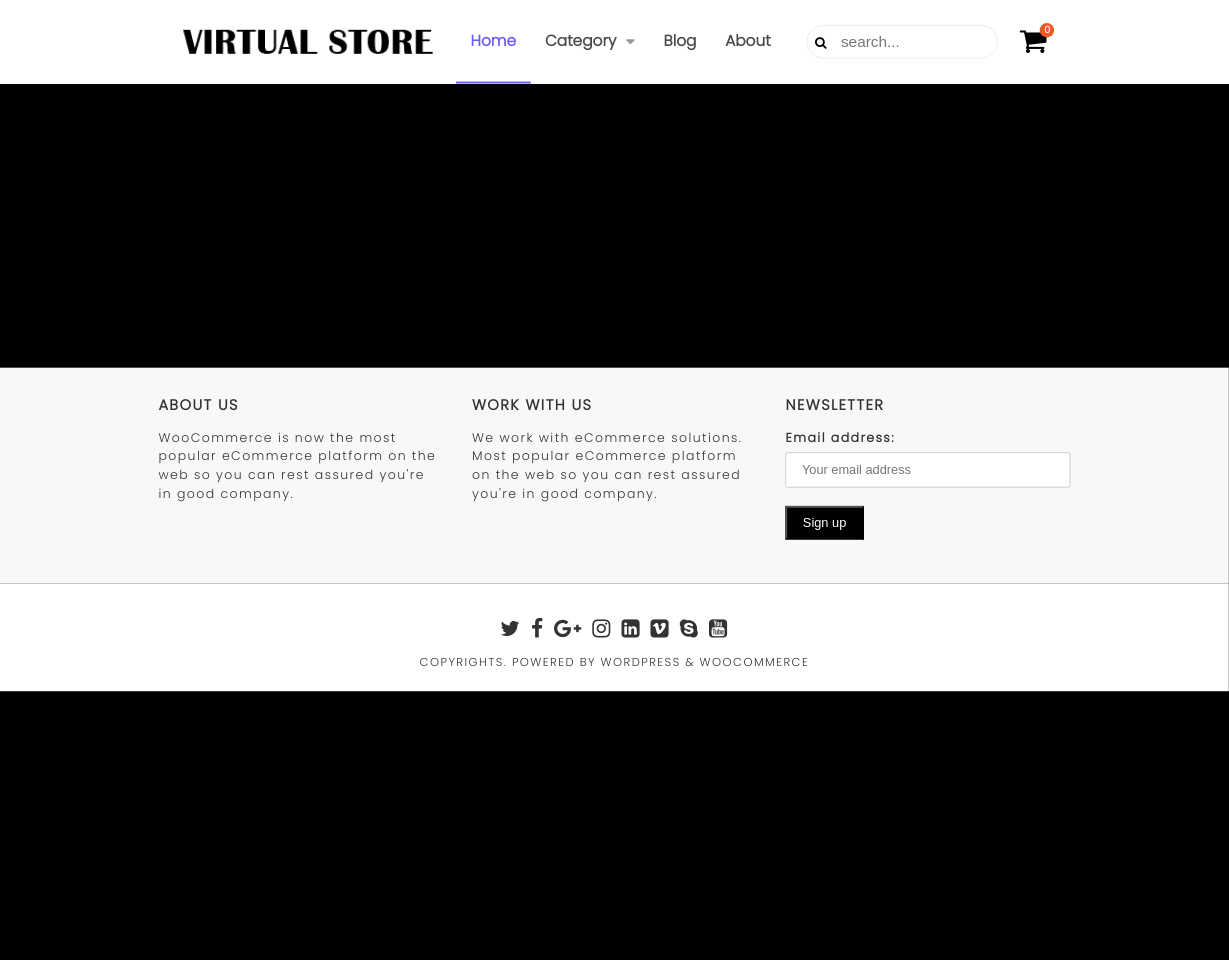
Repository: dungle03/tke_web_nhom_15
Page: About/index.html
The author's editor kept a copy of each file at every save. The page is drawn from the files as they stood at one save, then again after the next save.
The browser window is 1280 px wide. The pictures show the whole page, at 96% of full size.

Above is the page before, as saved 2022-09-14 00:51:57.
Not found: About/resest.css

After the next save:
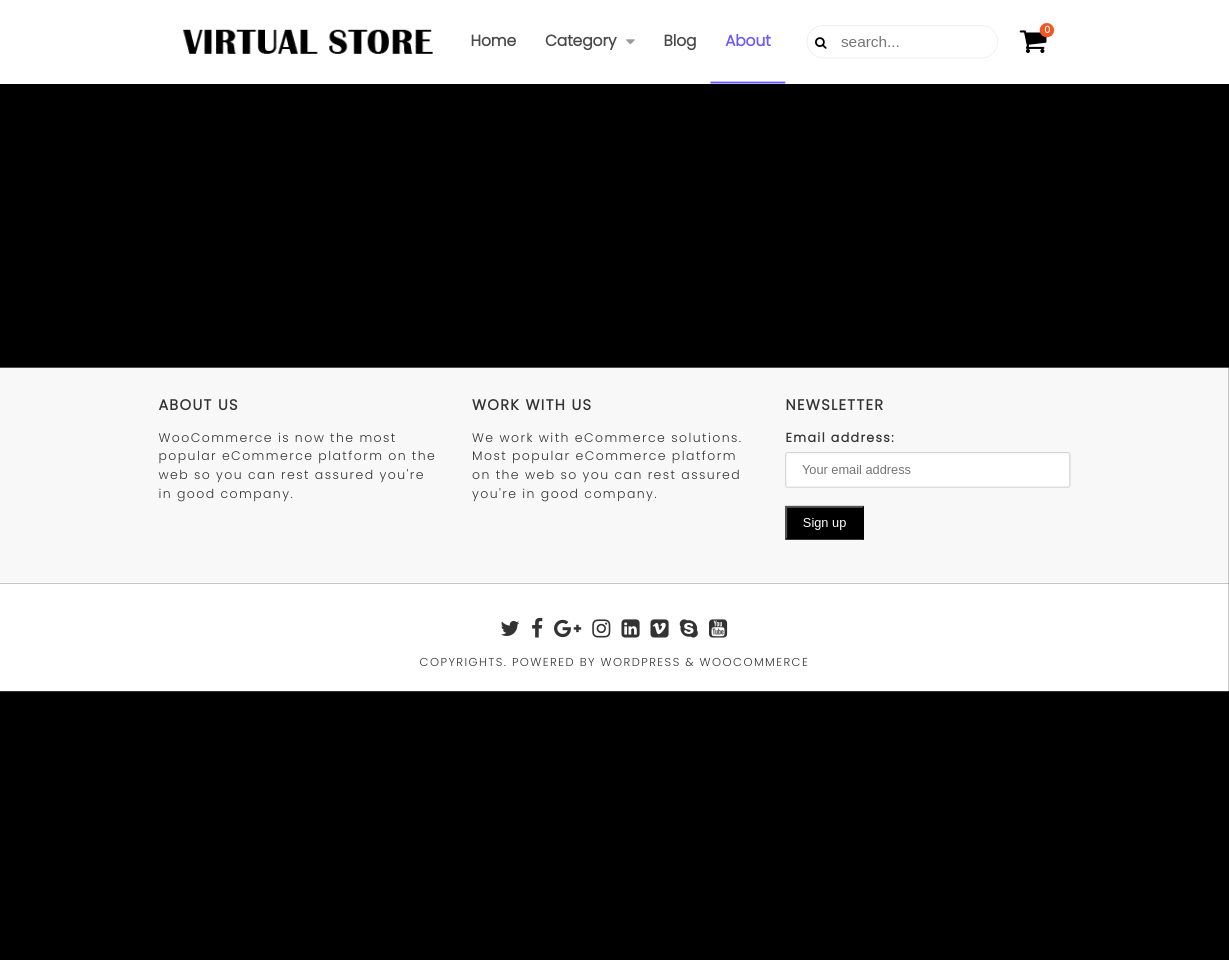
Saved 22 s later.
--- a/About/index.html
+++ b/About/index.html
@@ -25,27 +25,27 @@
                 </a>
             </div>
             <ul class="navi">
-                <li class="item active"><a href="#" class="home">Home</a>
+                <li class="item"><a href="#" class="home">Home</a>
                 </li>
                 <li class="item category-more"><a href="#" class="category">Category</a>
                     <i class="fa fa-caret-down dropdow_caret"></i>
                     <div class="dropdow">
                         <ul class="dropdow-list">
-                            <li  class="dropdow-item"><a class="dropdow-effect" href="Category/All products/index.html"><span>
+                            <li  class="dropdow-item"><a class="dropdow-effect" href="#"><span>
                                 All products
                             </span></a></li>
-                            <li class="dropdow-item"><a  class="dropdow-effect"href="Category/Furniture/index.html"><span>
+                            <li class="dropdow-item"><a  class="dropdow-effect"href="#"><span>
                                 Furniture
                             </span></a></li>
-                            <li class="dropdow-item"><a class="dropdow-effect" href="Category/Sale/index.html"><span>
+                            <li class="dropdow-item"><a class="dropdow-effect" href="#"><span>
                                 Sale
                             </span></a></li>
                         </ul>
                     </div>
                 </li>
-                <li class="item"><a href="Blog/index.html" class="blog">Blog</a>
+                <li class="item"><a href="#" class="blog">Blog</a>
                 </li>
-                <li class="item"><a href="#" class="about">About</a>
+                <li class="item active"><a href="#" class="about">About</a>
                 </li>
             </ul>
             <div class="wrap-search">
